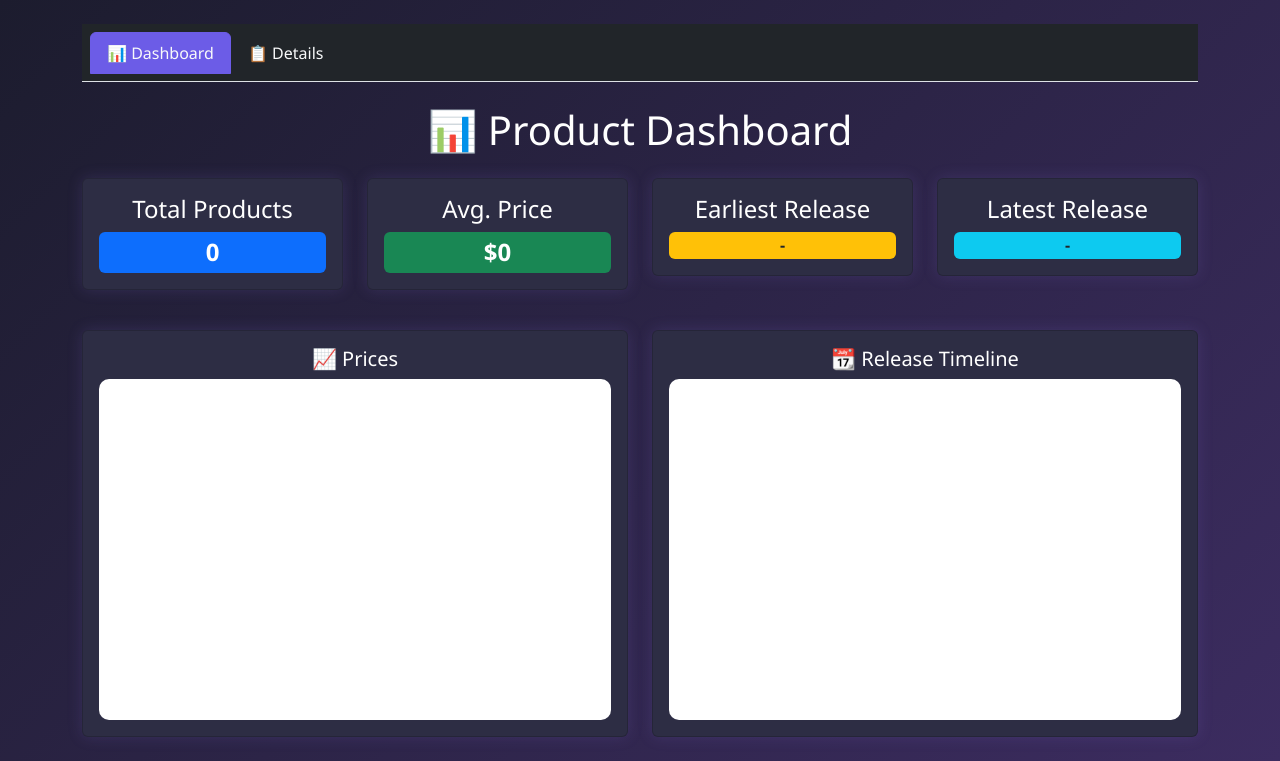
Repository: shyamoracle/training_case_study
Page: pmsagain/pmsitis/src/main/resources/webapp/dashboard.html
An editor plug-in stored every save of this project. The page is shown before and after the next save, followed by the edit.
The browser window is 1280 px wide. The pictures show the whole page.
The page's requests for data from a server got no answer.

Above is the page before, as saved 2025-09-21 05:18:36.

After the next save:
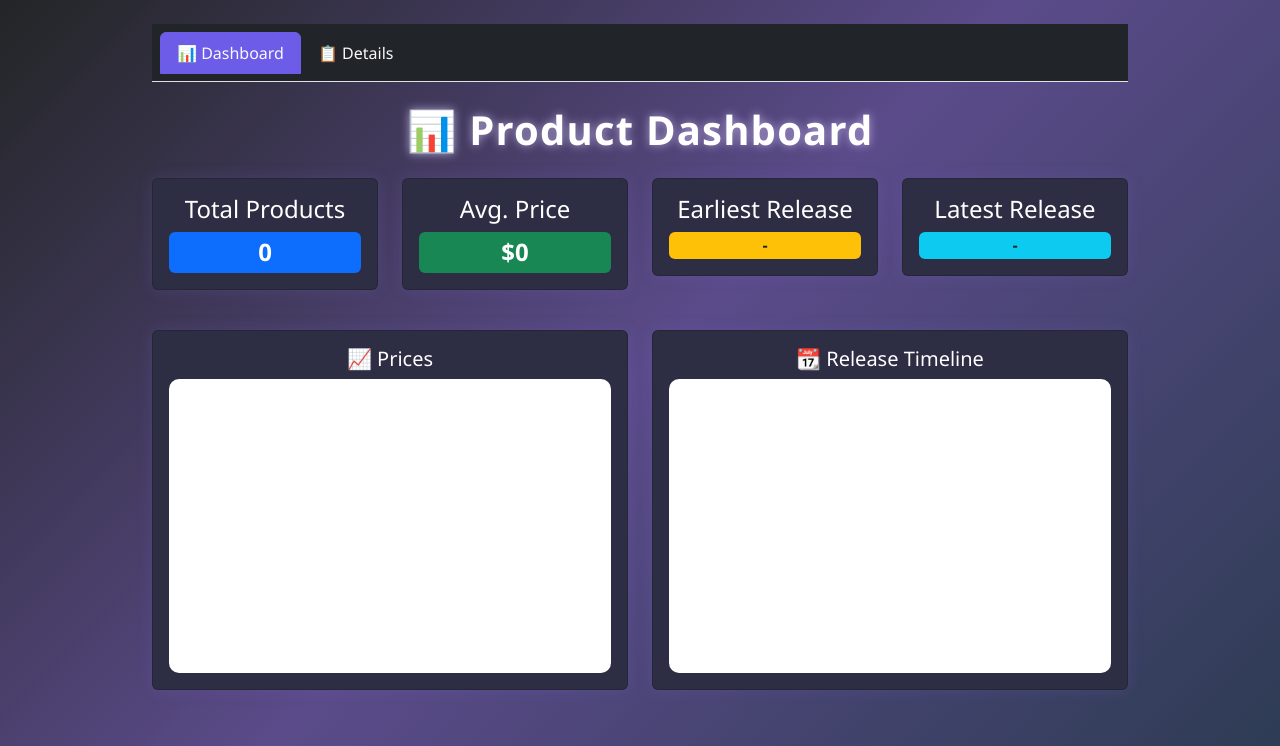
Saved 23 s later.
--- a/pmsagain/pmsitis/src/main/resources/webapp/dashboard.html
+++ b/pmsagain/pmsitis/src/main/resources/webapp/dashboard.html
@@ -7,9 +7,26 @@
   <script src="https://cdn.jsdelivr.net/npm/chart.js"></script>
   <style>
     body {
-      background: linear-gradient(135deg, #1c1c2e, #3c2c60);
-      color: white;
+            background: linear-gradient(135deg, #232526, #5b4b8a, #2e3c54);
+      color: #e0e0e0;
       font-family: 'Segoe UI', Tahoma, Geneva, Verdana, sans-serif;
+      min-height: 100vh;
+      padding-bottom: 2rem;
+    }
+
+    /* Header */
+    h1 {
+      text-align: center;
+      margin-bottom: 2.5rem;
+      color: rgb(255, 255, 255)!important;
+      font-weight: 700;
+      letter-spacing: 1.2px;
+      text-shadow: 0 0 10px rgba(216, 202, 255, 0.7);
+    }
+
+    /* Container tweaks */
+    .container {
+      max-width: 1000px;
     }
     .card {
       background-color: #2d2d44;
